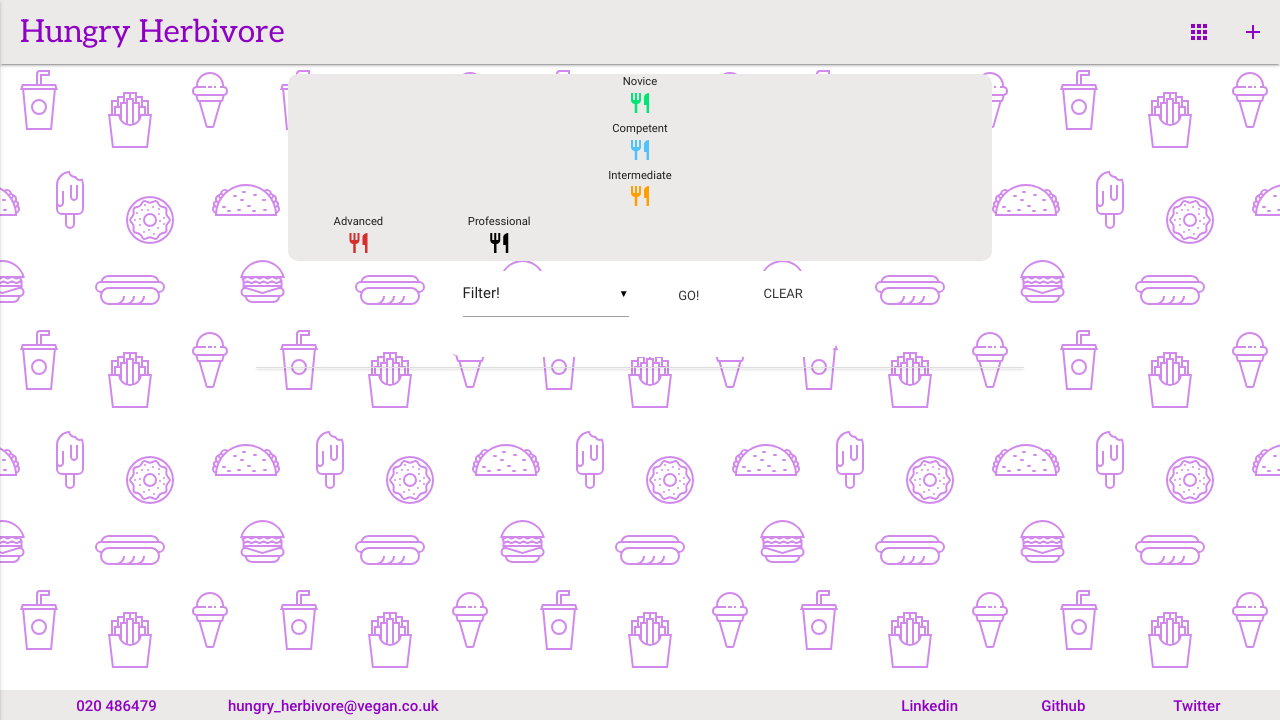
Repository: tgarratt/HungryHerbivore-Milestone3
Page: templates/recipes.html
The author's editor kept a record of every edit. The page is drawn from the files as they stood at one moment, then again after the next edit.
The browser window is 1280 px wide. The pictures show the whole page.
The template is drawn by Flask 3. The application's start-up code is not run. The template is opened directly, without the code that normally fills it, so the values that code supplies are empty.

Above is the page before.

After the next edit:
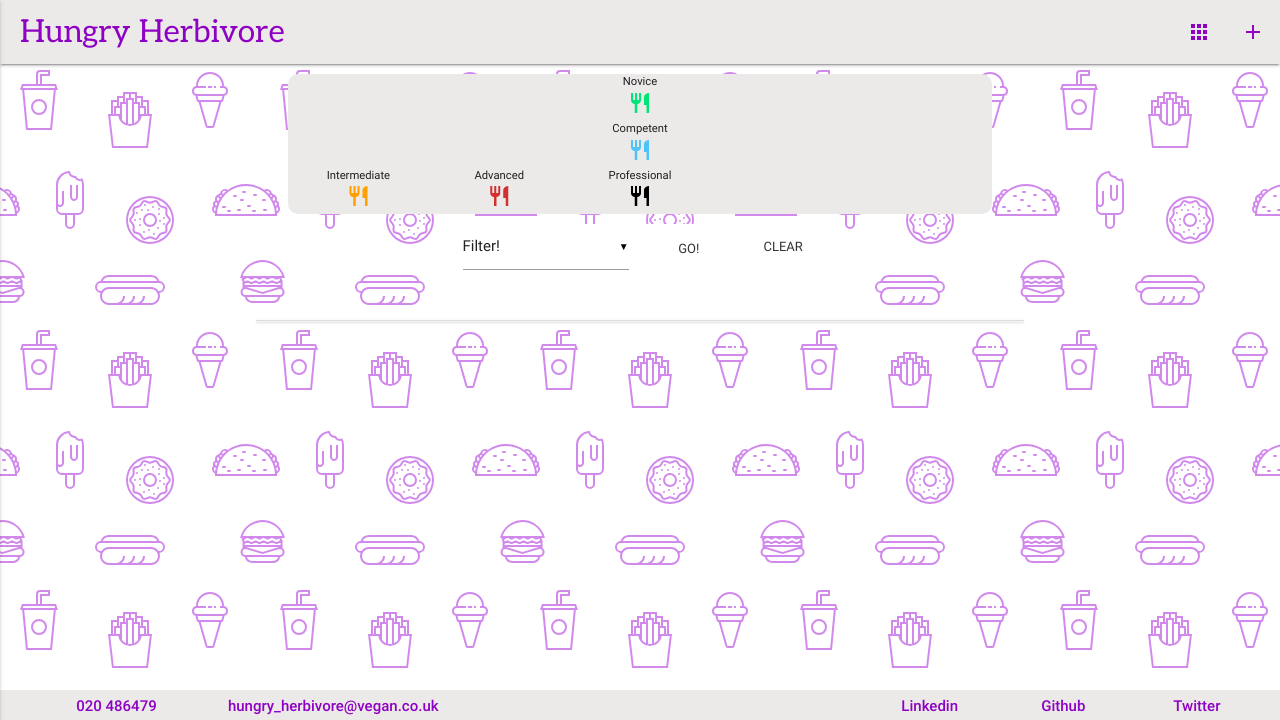
The edit:
--- a/templates/recipes.html
+++ b/templates/recipes.html
@@ -11,7 +11,7 @@
         <div class="mobile-key-text-competent"> Competent</div>
         <i class="material-icons competent mobile-hide">restaurant</i>
     </div>
-    <div class="col s12 m2.4 l2.4 key-info key-width">
+    <div class="col m2.4 l2.4 key-info key-width">
         <div class="mobile-key-text-intermediate"> Intermediate</div>
         <i class="material-icons intermediate mobile-hide">restaurant</i>
     </div>
